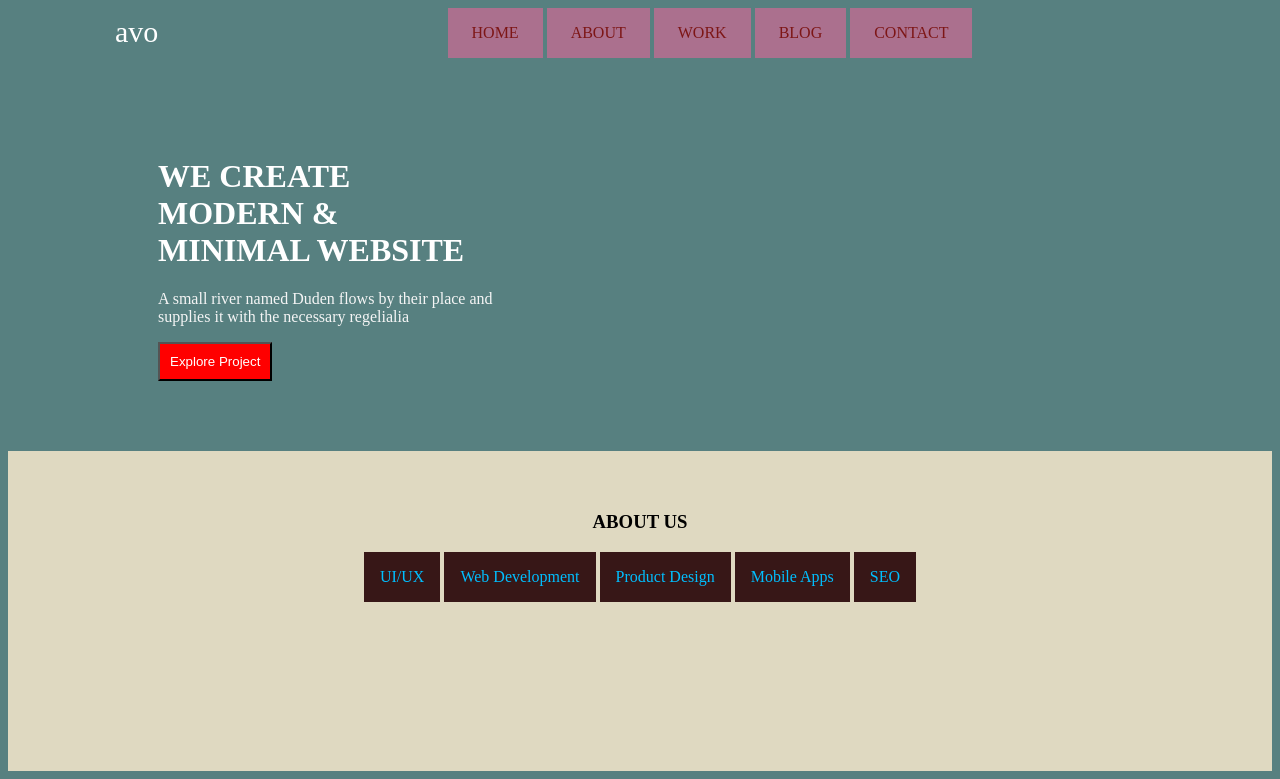
Repository: Tobby004/AVO-Template
Page: avo.html
The author's editor kept a copy of each file at every save. The page is drawn from the files as they stood at one save, then again after the next save.
The browser window is 1280 px wide. The pictures show the whole page.

Above is the page before, as saved 2023-03-29 10:09:07.

### avo.html
<!DOCTYPE html>
<html lang="en">
<head>
    <meta charset="UTF-8">
    <meta http-equiv="X-UA-Compatible" content="IE=edge">
    <meta name="viewport" content="width=device-width, initial-scale=1.0">
    <title>AVO-Template</title>
    <link rel="stylesheet" href="avo.css">
</head>
<body>
    <div class="logo">avo</div>
    <nav>
        <ul>
            <li><a href="#">HOME</a></li>
            <li><a href="#">ABOUT</a></li>
            <li><a href="#">WORK</a></li>
            <li><a href="#">BLOG</a></li>
            <li><a href="#">CONTACT</a></li>
        </ul>
    </nav>
    <main>
        <h1>WE CREATE <br>MODERN & <br> MINIMAL WEBSITE</h1>
        <p>A small river named Duden flows by their place and <br>supplies it with the necessary regelialia </p>
        <input type="button" value="Explore Project">
    </main>
    <section>
        <h3>ABOUT US</h3>
        <div>UI/UX</div>
        <div>Web Development</div>
        <div>Product Design</div>
        <div>Mobile Apps</div>
        <div>SEO</div>
    </section>
</body>
</html>

### avo.css
* {
    box-sizing: border-box;
}
body {
    background: rgb(87, 128, 128);
}
.logo {
  font-size: 30px;
  position: absolute;
  padding: 7px;
  color: white;
  margin-left: 100px;
}
nav ul {
    margin: auto;
    text-align:center;
    margin-left: 100px;
}
nav li {
    display: inline-flex;
}
nav a {
text-decoration: none;
padding: 1rem 1.5rem;
background: rgb(171, 112, 142);
color: #7d1616;
}
h1 {
    color: white;
    margin-left: 150px;
    margin-top: 100px;
}
main p {
    color: whitesmoke;
    margin-left: 150px;
}
input[type="button"] {
    padding: 10px;
    color: white;
    background: red;
    margin-left: 150px;
}
section {
    height: 320px;
    background: rgb(223, 217, 193);
    margin-top: 70px;
    text-align: center;
}
 h3 {
    text-align: center;
    padding-top:  60px;
}
section div {
    display: inline-block;
    padding: 1rem;
    background: rgb(55, 23, 23);
   color: deepskyblue;
}

After the next save:
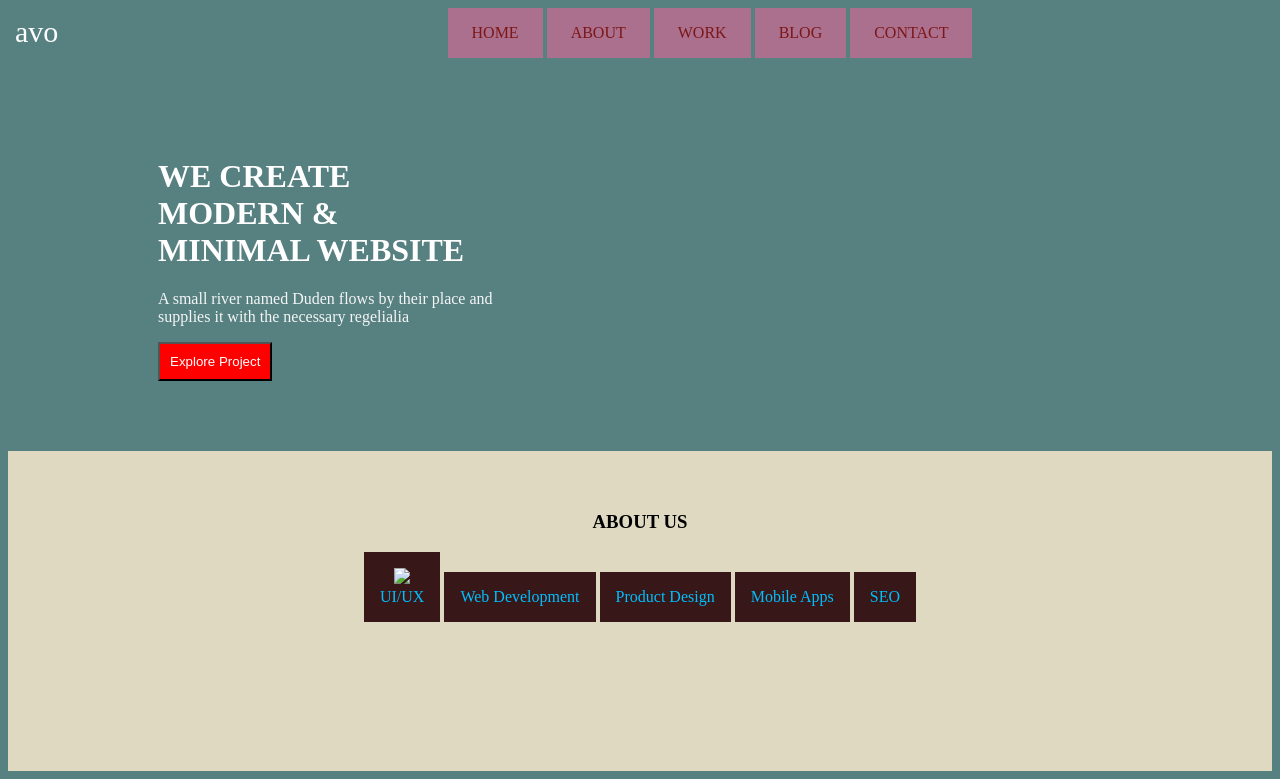
Not found: IMG_0287.jpg
Saved 48 days later.
--- a/avo.html
+++ b/avo.html
@@ -25,7 +25,7 @@
     </main>
     <section>
         <h3>ABOUT US</h3>
-        <div>UI/UX</div>
+        <div> <img src="IMG_0287.jpg" height="20px"><br>UI/UX</div>
         <div>Web Development</div>
         <div>Product Design</div>
         <div>Mobile Apps</div>
--- a/avo.css
+++ b/avo.css
@@ -9,7 +9,6 @@ body {
   position: absolute;
   padding: 7px;
   color: white;
-  margin-left: 100px;
 }
 nav ul {
     margin: auto;
